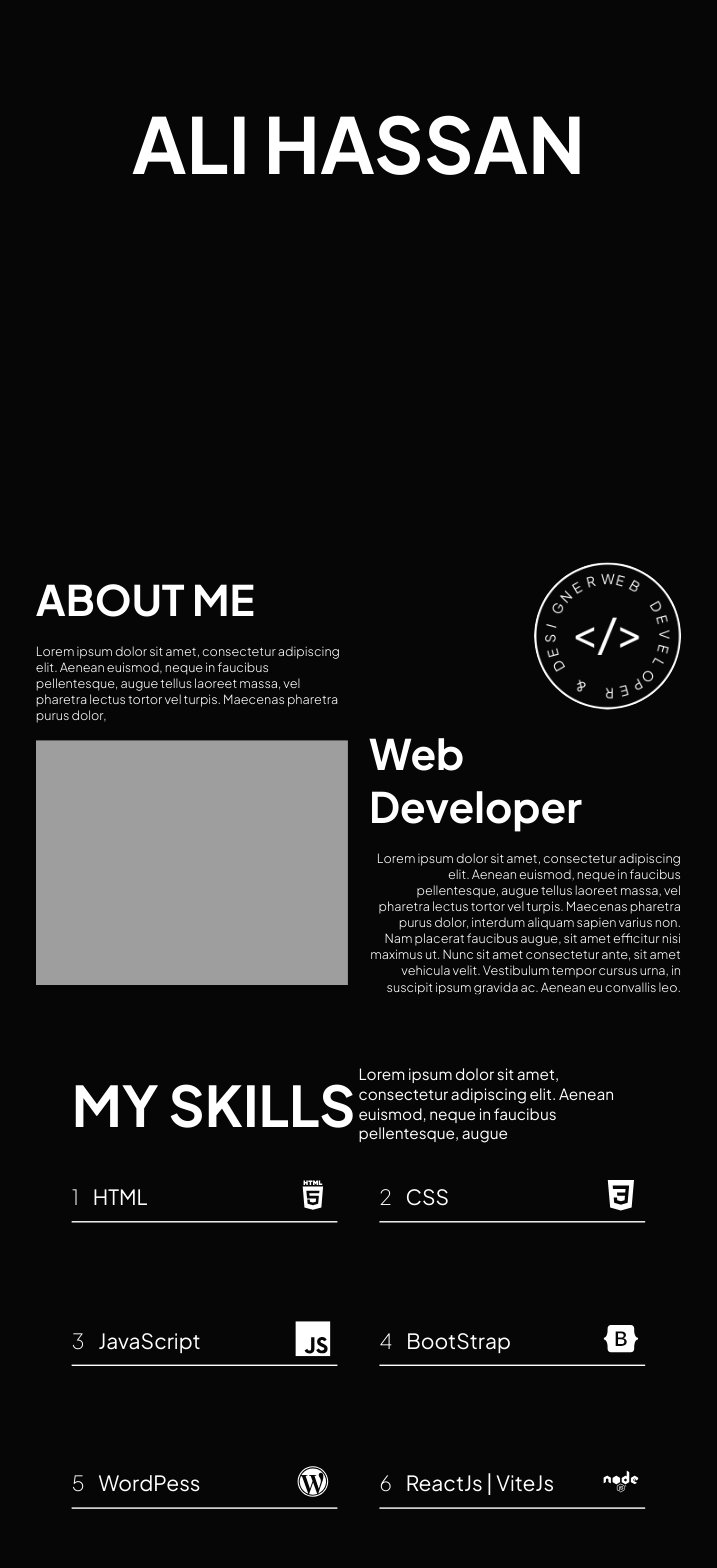
Repository: AliHassan02-Dev/PORTFOLIO
Page: / (app in Front-end/)
These files come from the project's save history. The page is drawn as it stood at one moment and after the next save; the edit follows.
The browser window is 1024 px wide. The pictures show the part of the page from y = 388 to 2628 px (the page is 3835 px tall), at 70% of full size.
Pictures or frames that could not be fetched are drawn as grey boxes. The project was rebuilt for these pictures with package versions that can differ from the ones it lists, and the page was loaded fresh each time. Also part of the build but not shown: Front-end/vite.config.js, Front-end/src/Pages/Projects.jsx, Front-end/src/Pages/AllProjects.jsx, Front-end/src/Components/ProjectPreview.jsx.

Above is the page before, as saved 2024-08-24 07:25:50.

After the next save:
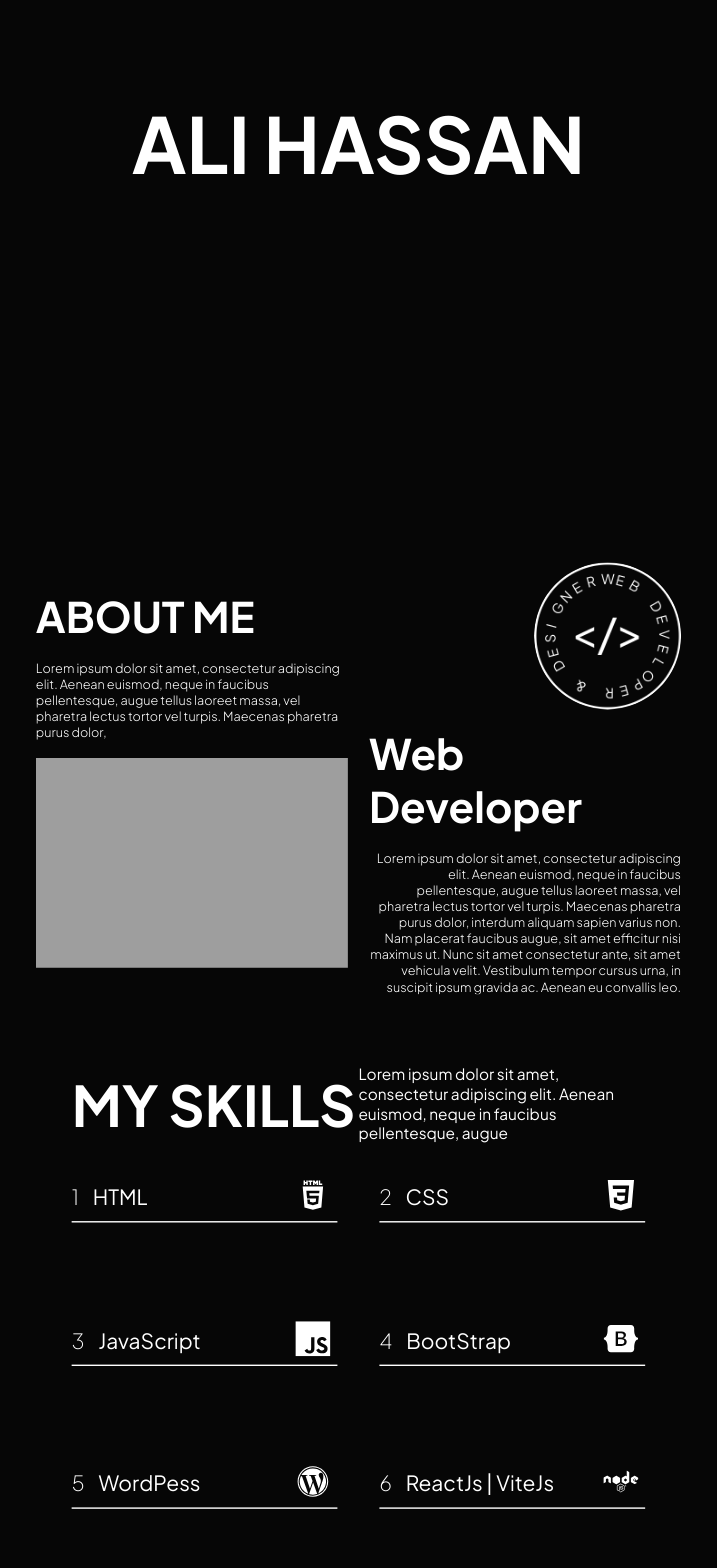
Saved 13 s later.
--- a/Front-end/src/App.css
+++ b/Front-end/src/App.css
@@ -297,7 +297,7 @@ body {
 
   .mainWrapper .aboutContainer .left .imageBox {
     width: 100%;
-    height: 350px;
+    height: 300px;
     background-image: url(./assets/2.jpg);
     background-position: center;
     background-repeat: no-repeat;
